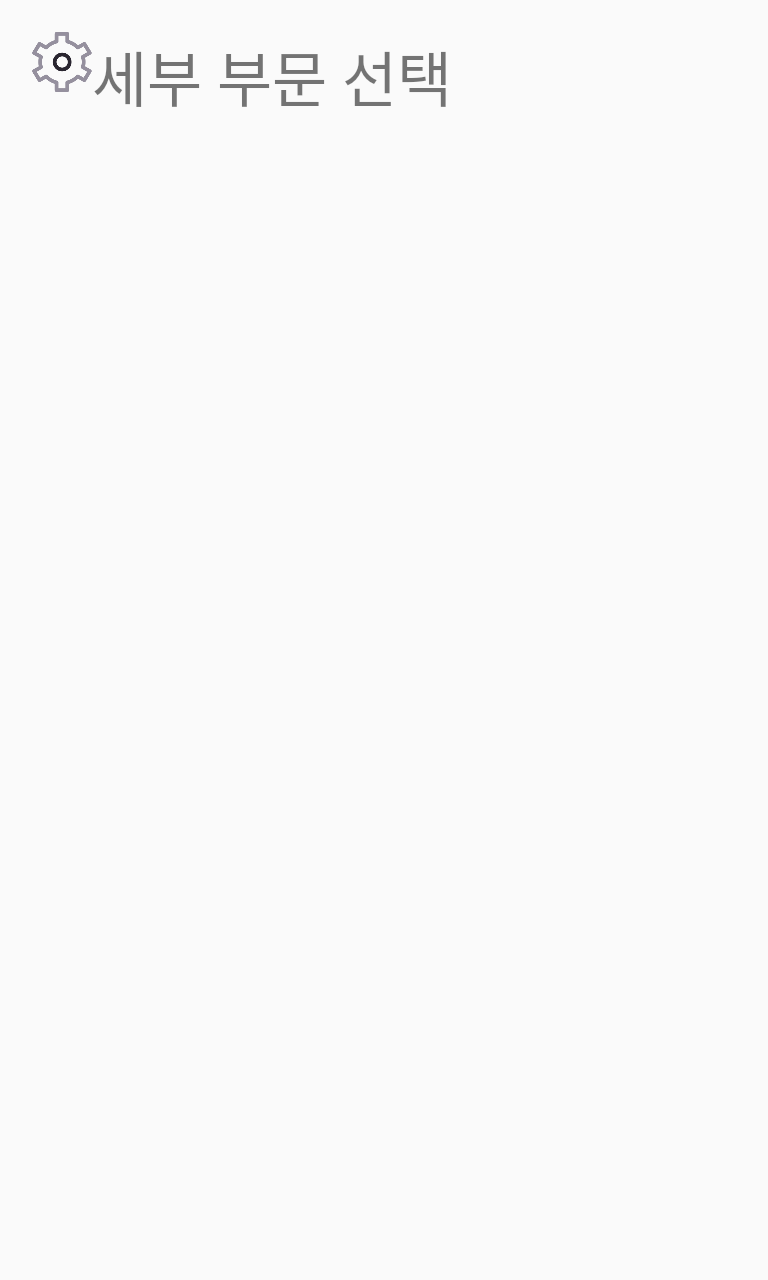
Repository: team-peony/ccfinder
Layout: android/CertifiedCompanyFinder/res/layout/fragment_category_ks.xml
The author's editor kept a copy of each file at every save. The layout is drawn from the files as they stood at one save, then again after the next save.
It is drawn on a 768 x 1280 px phone screen (xhdpi) without system bars, with theme AppTheme; the app's code is not run.

Above is the layout before, as saved 2015-02-20 05:30:34.

### android/CertifiedCompanyFinder/res/layout/fragment_category_ks.xml
<RelativeLayout xmlns:android="http://schemas.android.com/apk/res/android"
    xmlns:tools="http://schemas.android.com/tools"
    android:layout_width="match_parent"
    android:layout_height="match_parent"
    android:paddingBottom="@dimen/activity_vertical_margin"
    android:paddingLeft="@dimen/activity_horizontal_margin"
    android:paddingRight="@dimen/activity_horizontal_margin"
    android:paddingTop="@dimen/activity_vertical_margin"
    tools:context="com.peony.ccfinder.CategoryKsActivity$PlaceholderFragment" >

    <LinearLayout
        android:layout_width="wrap_content"
        android:layout_height="wrap_content"
        android:orientation="horizontal">
        <ImageView
            android:layout_width="30dp"
            android:layout_height="30dp"
            android:src="@drawable/ks_icon"/>
	    <TextView
	        android:layout_width="wrap_content"
	        android:layout_height="wrap_content"
	        android:textSize="30sp"
	        android:text="세부 부문 선택" />
    </LinearLayout>

</RelativeLayout>

### android/CertifiedCompanyFinder/res/values/styles.xml
<resources>

    <!--
        Base application theme, dependent on API level. This theme is replaced
        by AppBaseTheme from res/values-vXX/styles.xml on newer devices.
    -->
    <style name="AppBaseTheme" parent="Theme.AppCompat.Light">
        <!--
            Theme customizations available in newer API levels can go in
            res/values-vXX/styles.xml, while customizations related to
            backward-compatibility can go here.
        -->
    </style>

    <!-- Application theme. -->
    <style name="AppTheme" parent="AppBaseTheme">
        <!-- All customizations that are NOT specific to a particular API-level can go here. -->
    </style>

</resources>

### android/CertifiedCompanyFinder/res/values/dimens.xml
<resources>

    <!-- Default screen margins, per the Android Design guidelines. -->
    <dimen name="activity_horizontal_margin">16dp</dimen>
    <dimen name="activity_vertical_margin">16dp</dimen>
	<dimen name="category_icon_size">24dp</dimen>
	<dimen name="category_padding">58dp</dimen>
</resources>

Loaded but not shown: android/CertifiedCompanyFinder/res/values-v11/styles.xml (common file); android/CertifiedCompanyFinder/res/values-v14/styles.xml (common file); android/CertifiedCompanyFinder/res/values-w820dp/dimens.xml (common file)

After the next save:
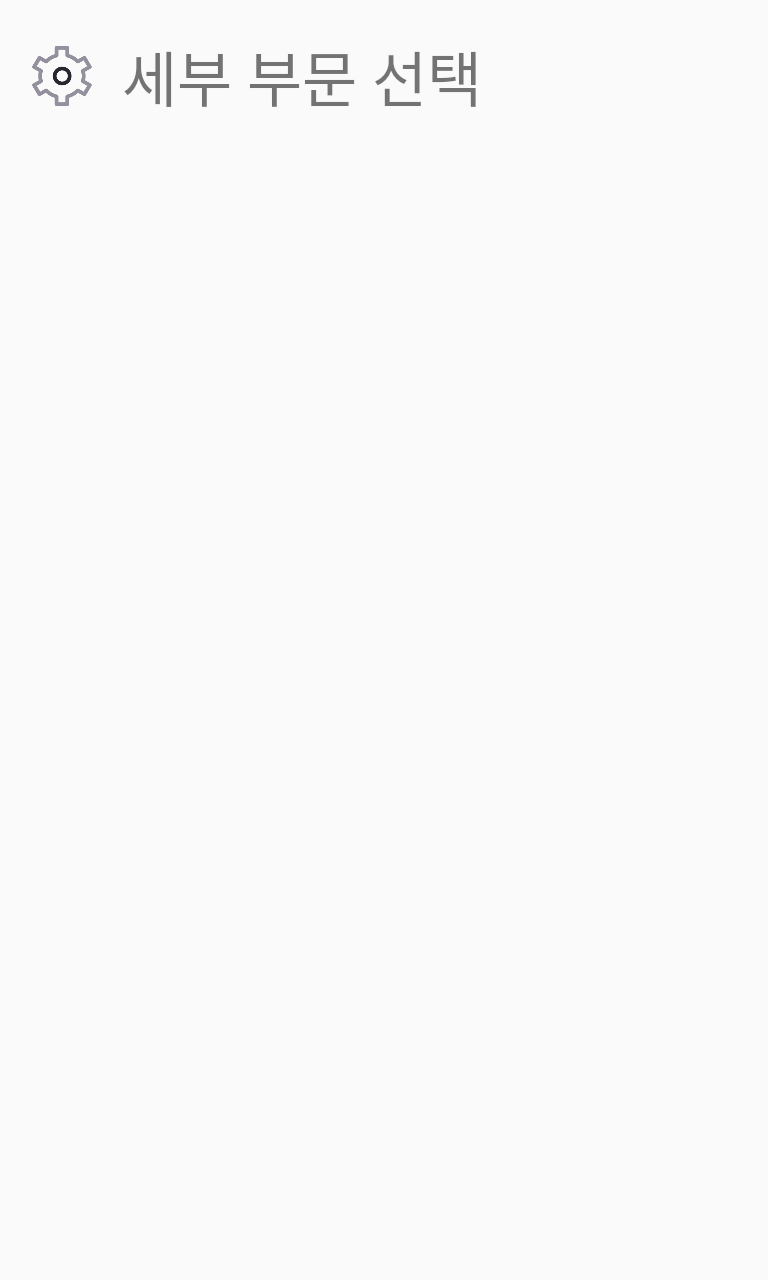
Saved 34 s later.
--- a/android/CertifiedCompanyFinder/res/layout/fragment_category_ks.xml
+++ b/android/CertifiedCompanyFinder/res/layout/fragment_category_ks.xml
@@ -11,7 +11,8 @@
     <LinearLayout
         android:layout_width="wrap_content"
         android:layout_height="wrap_content"
-        android:orientation="horizontal">
+        android:orientation="horizontal"
+        android:gravity="center_vertical">
         <ImageView
             android:layout_width="30dp"
             android:layout_height="30dp"
@@ -19,6 +20,7 @@
 	    <TextView
 	        android:layout_width="wrap_content"
 	        android:layout_height="wrap_content"
+	        android:layout_marginLeft="15dp"
 	        android:textSize="30sp"
 	        android:text="세부 부문 선택" />
     </LinearLayout>
